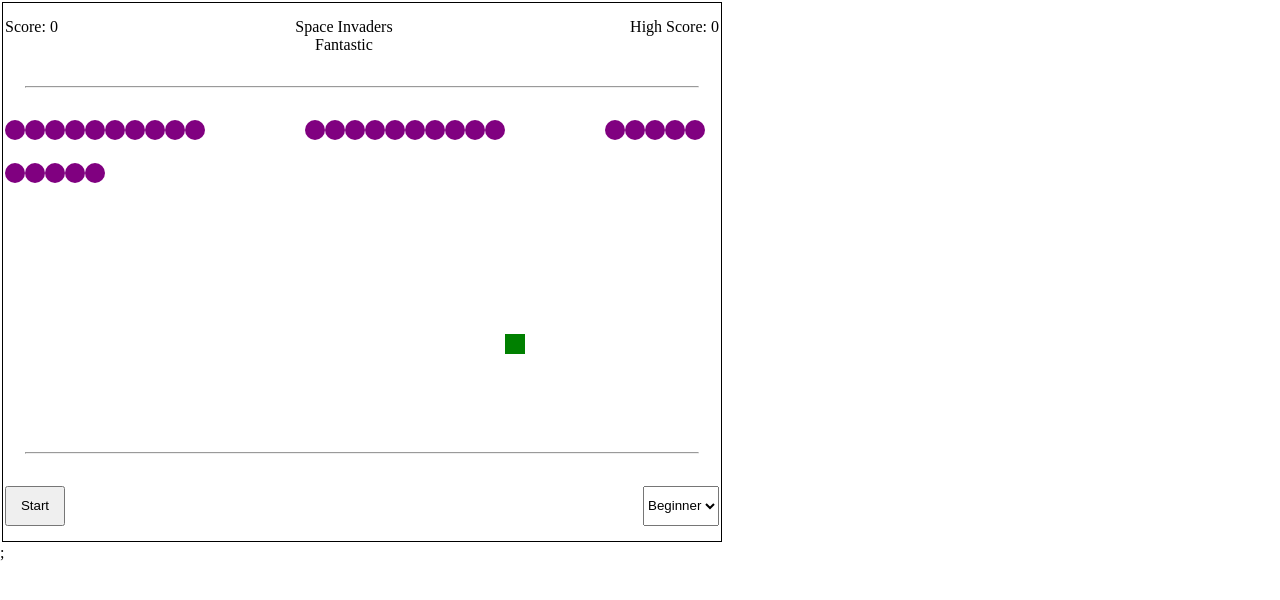
Repository: baziz22/Vanilla_JS_Projects
Page: space invaders/index.html
The author's editor kept a copy of each file at every save. The page is drawn from the files as they stood at one save, then again after the next save.
The browser window is 1280 px wide. The pictures show the whole page.

Above is the page before, as saved 2022-02-20 01:45:11.

After the next save:
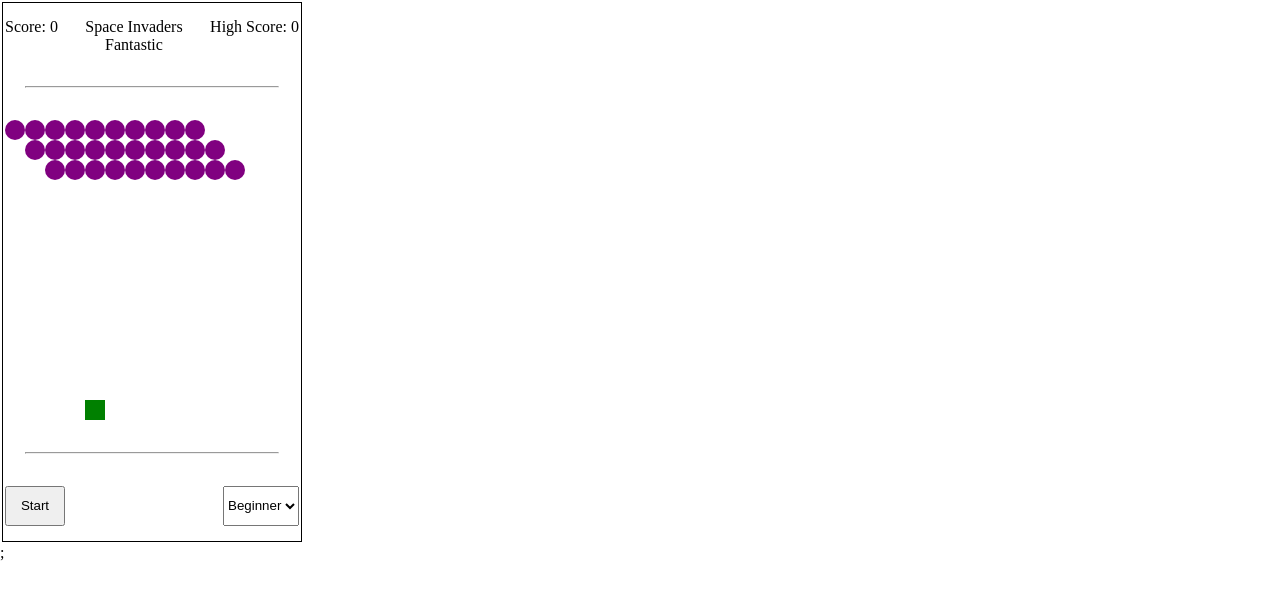
Saved 19 s later.
--- a/space invaders/style.css
+++ b/space invaders/style.css
@@ -4,7 +4,7 @@
   box-sizing: border-box;
 }
 #scene {
-  max-width: 100vh;
+  max-width: 300px;
   min-height: 75vh;
   padding: 2px;
   margin: 2px;
